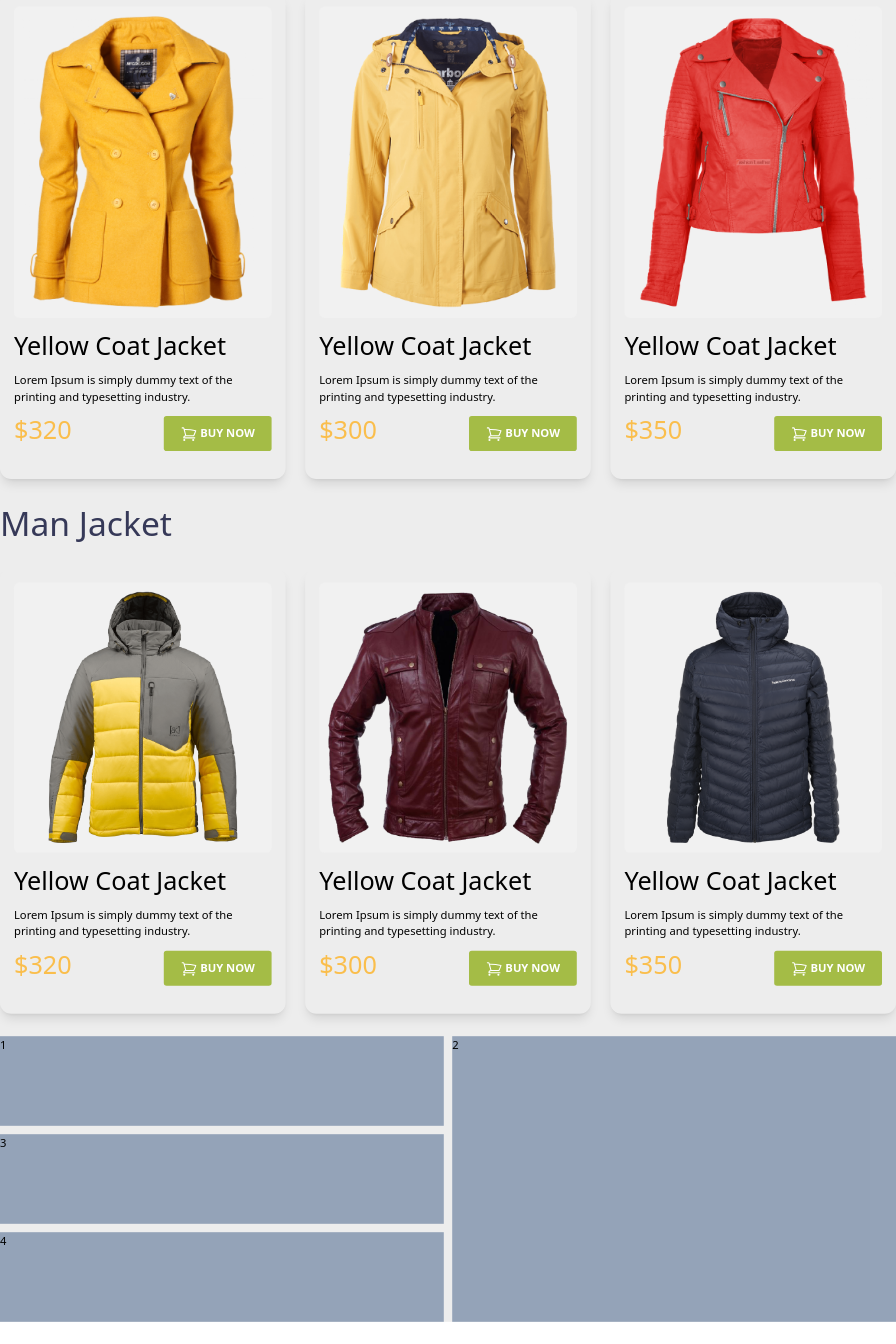
Repository: zjria/penguin-e-commerce-fashion
Page: index.html
These files come from the project's save history. The page is drawn as it stood at one moment and after the next save; the edit follows.
The browser window is 1280 px wide. The pictures show the part of the page from y = 906 to 2826 px (the page is 2826 px tall), at 70% of full size.
Some web libraries are served in a nearby version.

Above is the page before, as saved 2022-10-07 09:43:57.

### index.html
<!DOCTYPE html>
<html lang="en">

<head>
    <meta charset="UTF-8">
    <meta http-equiv="X-UA-Compatible" content="IE=edge">
    <meta name="viewport" content="width=device-width, initial-scale=1.0">
    <title>Penguin E-commerce</title>
    <!-- Google Fonts Link -->
    <link rel="preconnect" href="https://fonts.googleapis.com">
    <link rel="preconnect" href="https://fonts.gstatic.com" crossorigin>
    <link href="https://fonts.googleapis.com/css2?family=Bebas+Neue&family=Roboto:wght@100;300;400;500&display=swap"
        rel="stylesheet">

    <!-- Tailwind CSS CDN link -->
    <script src="https://cdn.tailwindcss.com"></script>
    <script>
        tailwind.config = {
            theme: {
                extend: {
                    colors: {
                        clifford: '#da373d',
                        header_bg: '#FFFBF0',
                        main_text_color: '#363958',
                        price_color: '#FABE4C',
                        card_bg: '#F1F1F1',
                        full_card_bg: '#FFFFFF',
                        main_color: '#EDEDED'
                    }
                }
            }
        }
    </script>
</head>

<body>
    <h2 class="bg-purple-300 text-center font-header_text">Do selfless favor to people</h2>


    <!-- Header Section -->
    <header class="bg-header_bg pb-32 pt-24">
        <section class="container mx-auto uppercase sm:flex items-center justify-around">
            <div class="space-y-3">
                <h1 class="text-2xl sm:text-5xl font-bold font-header_text">
                    <span class="text-yellow-400">Be the Penguins</span> <br>
                    <span class="text-slate-600">of Winter</span>
                </h1>
                <p class="font-anther_text">Lorem Ipsum is simply dummy text of the printing
                    and typesetting industry.</p>
                <button class="uppercase bg-[#A4BC46] py-3 px-6 text-white font-semibold rounded font-anther_text"> <svg
                        xmlns="http://www.w3.org/2000/svg" fill="none" viewBox="0 0 24 24" stroke-width="1.5"
                        stroke="currentColor" class="w-6 h-6 inline text-white">
                        <path stroke-linecap="round" stroke-linejoin="round"
                            d="M2.25 3h1.386c.51 0 .955.343 1.087.835l.383 1.437M7.5 14.25a3 3 0 00-3 3h15.75m-12.75-3h11.218c1.121-2.3 2.1-4.684 2.924-7.138a60.114 60.114 0 00-16.536-1.84M7.5 14.25L5.106 5.272M6 20.25a.75.75 0 11-1.5 0 .75.75 0 011.5 0zm12.75 0a.75.75 0 11-1.5 0 .75.75 0 011.5 0z" />
                    </svg>
                    Buy Now</button>
            </div>
            <div class="pt-8 sm:pt-8">
                <img class=" w-1/2 sm:w-full" src="images/model.png" alt="">
            </div>
        </section>
    </header>

    <!-- Main Section Start -->
    <main class="bg-main_color">
        <!-- Woman Jacket -->
        <section class="container mx-auto">
            <h2 class="text-5xl my-10 text-main_text_color font-header_text">Woman Jacket</h2>
            <div class="grid md:grid-cols-2 lg:grid-cols-3 gap-7">
                <div class="full_card_bg ">
                    <div class="rounded-2xl shadow-lg p-5">
                        <div class="p-3 bg-card_bg rounded-lg">
                            <img src="images/jacket-1.png" alt="">
                        </div>
                        <div class="py-3">
                            <h3 class="text-4xl py-2">Yellow Coat Jacket</h3>
                            <p class="py-2">Lorem Ipsum is simply dummy text of the
                                printing and typesetting industry.</p>
                            <div class="flex justify-between py-2">
                                <h3 class="text-4xl text-price_color">$320</h3>
                                <button
                                    class="uppercase bg-[#A4BC46] py-3 px-6 text-white font-semibold rounded font-anther_text">
                                    <svg xmlns="http://www.w3.org/2000/svg" fill="none" viewBox="0 0 24 24"
                                        stroke-width="1.5" stroke="currentColor" class="w-6 h-6 inline text-white">
                                        <path stroke-linecap="round" stroke-linejoin="round"
                                            d="M2.25 3h1.386c.51 0 .955.343 1.087.835l.383 1.437M7.5 14.25a3 3 0 00-3 3h15.75m-12.75-3h11.218c1.121-2.3 2.1-4.684 2.924-7.138a60.114 60.114 0 00-16.536-1.84M7.5 14.25L5.106 5.272M6 20.25a.75.75 0 11-1.5 0 .75.75 0 011.5 0zm12.75 0a.75.75 0 11-1.5 0 .75.75 0 011.5 0z" />
                                    </svg>
                                    Buy Now</button>
                            </div>
                        </div>
                    </div>
                </div>
                <div class="full_card_bg ">
                    <div class="rounded-2xl shadow-lg p-5">
                        <div class="p-3 bg-card_bg rounded-lg">
                            <img src="images/jacket-2.png" alt="">
                        </div>
                        <div class="py-3">
                            <h3 class="text-4xl py-2">Yellow Coat Jacket</h3>
                            <p class="py-2">Lorem Ipsum is simply dummy text of the
                                printing and typesetting industry.</p>
                            <div class="flex justify-between py-2">
                                <h3 class="text-4xl text-price_color">$300</h3>
                                <button
                                    class="uppercase bg-[#A4BC46] py-3 px-6 text-white font-semibold rounded font-anther_text">
                                    <svg xmlns="http://www.w3.org/2000/svg" fill="none" viewBox="0 0 24 24"
                                        stroke-width="1.5" stroke="currentColor" class="w-6 h-6 inline text-white">
                                        <path stroke-linecap="round" stroke-linejoin="round"
                                            d="M2.25 3h1.386c.51 0 .955.343 1.087.835l.383 1.437M7.5 14.25a3 3 0 00-3 3h15.75m-12.75-3h11.218c1.121-2.3 2.1-4.684 2.924-7.138a60.114 60.114 0 00-16.536-1.84M7.5 14.25L5.106 5.272M6 20.25a.75.75 0 11-1.5 0 .75.75 0 011.5 0zm12.75 0a.75.75 0 11-1.5 0 .75.75 0 011.5 0z" />
                                    </svg>
                                    Buy Now</button>
                            </div>
                        </div>
                    </div>
                </div>
                <div class="full_card_bg ">
                    <div class="rounded-2xl shadow-lg p-5">
                        <div class="p-3 bg-card_bg rounded-lg">
                            <img src="images/jacket-3.png" alt="">
                        </div>
                        <div class="py-3">
                            <h3 class="text-4xl py-2">Yellow Coat Jacket</h3>
                            <p class="py-2">Lorem Ipsum is simply dummy text of the
                                printing and typesetting industry.</p>
                            <div class="flex justify-between py-2">
                                <h3 class="text-4xl text-price_color">$350</h3>
                                <button
                                    class="uppercase bg-[#A4BC46] py-3 px-6 text-white font-semibold rounded font-anther_text">
                                    <svg xmlns="http://www.w3.org/2000/svg" fill="none" viewBox="0 0 24 24"
                                        stroke-width="1.5" stroke="currentColor" class="w-6 h-6 inline text-white">
                                        <path stroke-linecap="round" stroke-linejoin="round"
                                            d="M2.25 3h1.386c.51 0 .955.343 1.087.835l.383 1.437M7.5 14.25a3 3 0 00-3 3h15.75m-12.75-3h11.218c1.121-2.3 2.1-4.684 2.924-7.138a60.114 60.114 0 00-16.536-1.84M7.5 14.25L5.106 5.272M6 20.25a.75.75 0 11-1.5 0 .75.75 0 011.5 0zm12.75 0a.75.75 0 11-1.5 0 .75.75 0 011.5 0z" />
                                    </svg>
                                    Buy Now</button>
                            </div>
                        </div>
                    </div>
                </div>


            </div>

        </section>

        <!-- Man Jacket -->
        <section class="container mx-auto">
            <h2 class="text-5xl my-10 text-main_text_color font-header_text">Man Jacket</h2>
            <div class="grid md:grid-cols-2 lg:grid-cols-3 gap-7">
                <div class="full_card_bg ">
                    <div class="rounded-2xl shadow-lg p-5">
                        <div class="p-3 bg-card_bg rounded-lg">
                            <img src="images/jacket-4.png" alt="">
                        </div>
                        <div class="py-3">
                            <h3 class="text-4xl py-2">Yellow Coat Jacket</h3>
                            <p class="py-2">Lorem Ipsum is simply dummy text of the
                                printing and typesetting industry.</p>
                            <div class="flex justify-between py-2">
                                <h3 class="text-4xl text-price_color">$320</h3>
                                <button
                                    class="uppercase bg-[#A4BC46] py-3 px-6 text-white font-semibold rounded font-anther_text">
                                    <svg xmlns="http://www.w3.org/2000/svg" fill="none" viewBox="0 0 24 24"
                                        stroke-width="1.5" stroke="currentColor" class="w-6 h-6 inline text-white">
                                        <path stroke-linecap="round" stroke-linejoin="round"
                                            d="M2.25 3h1.386c.51 0 .955.343 1.087.835l.383 1.437M7.5 14.25a3 3 0 00-3 3h15.75m-12.75-3h11.218c1.121-2.3 2.1-4.684 2.924-7.138a60.114 60.114 0 00-16.536-1.84M7.5 14.25L5.106 5.272M6 20.25a.75.75 0 11-1.5 0 .75.75 0 011.5 0zm12.75 0a.75.75 0 11-1.5 0 .75.75 0 011.5 0z" />
                                    </svg>
                                    Buy Now</button>
                            </div>
                        </div>
                    </div>
                </div>
                <div class="full_card_bg ">
                    <div class="rounded-2xl shadow-lg p-5">
                        <div class="p-3 bg-card_bg rounded-lg">
                            <img src="images/jacket-5.png" alt="">
                        </div>
                        <div class="py-3">
                            <h3 class="text-4xl py-2">Yellow Coat Jacket</h3>
                            <p class="py-2">Lorem Ipsum is simply dummy text of the
                                printing and typesetting industry.</p>
                            <div class="flex justify-between py-2">
                                <h3 class="text-4xl text-price_color">$300</h3>
                                <button
                                    class="uppercase bg-[#A4BC46] py-3 px-6 text-white font-semibold rounded font-anther_text">
                                    <svg xmlns="http://www.w3.org/2000/svg" fill="none" viewBox="0 0 24 24"
                                        stroke-width="1.5" stroke="currentColor" class="w-6 h-6 inline text-white">
                                        <path stroke-linecap="round" stroke-linejoin="round"
                                            d="M2.25 3h1.386c.51 0 .955.343 1.087.835l.383 1.437M7.5 14.25a3 3 0 00-3 3h15.75m-12.75-3h11.218c1.121-2.3 2.1-4.684 2.924-7.138a60.114 60.114 0 00-16.536-1.84M7.5 14.25L5.106 5.272M6 20.25a.75.75 0 11-1.5 0 .75.75 0 011.5 0zm12.75 0a.75.75 0 11-1.5 0 .75.75 0 011.5 0z" />
                                    </svg>
                                    Buy Now</button>
                            </div>
                        </div>
                    </div>
                </div>
                <div class="full_card_bg ">
                    <div class="rounded-2xl shadow-lg p-5">
                        <div class="p-3 bg-card_bg rounded-lg">
                            <img src="images/jacket-6.png" alt="">
                        </div>
                        <div class="py-3">
                            <h3 class="text-4xl py-2">Yellow Coat Jacket</h3>
                            <p class="py-2">Lorem Ipsum is simply dummy text of the
                                printing and typesetting industry.</p>
                            <div class="flex justify-between py-2">
                                <h3 class="text-4xl text-price_color">$350</h3>
                                <button
                                    class="uppercase bg-[#A4BC46] py-3 px-6 text-white font-semibold rounded font-anther_text">
                                    <svg xmlns="http://www.w3.org/2000/svg" fill="none" viewBox="0 0 24 24"
                                        stroke-width="1.5" stroke="currentColor" class="w-6 h-6 inline text-white">
                                        <path stroke-linecap="round" stroke-linejoin="round"
                                            d="M2.25 3h1.386c.51 0 .955.343 1.087.835l.383 1.437M7.5 14.25a3 3 0 00-3 3h15.75m-12.75-3h11.218c1.121-2.3 2.1-4.684 2.924-7.138a60.114 60.114 0 00-16.536-1.84M7.5 14.25L5.106 5.272M6 20.25a.75.75 0 11-1.5 0 .75.75 0 011.5 0zm12.75 0a.75.75 0 11-1.5 0 .75.75 0 011.5 0z" />
                                    </svg>
                                    Buy Now</button>
                            </div>
                        </div>
                    </div>
                </div>
            </div>
        </section>
        <!-- ‍Shopping Section Start -->
        <section class="container mx-auto my-8">
            <div class="grid grid-cols-2 gap-3">
                <div class="h-32 bg-slate-400">1</div>
                <div class="row-span-3 bg-slate-400">2</div>
                <div class="h-32 bg-slate-400">3</div>
                <div class="h-32 bg-slate-400">4</div>
            </div>
        </section>
    </main>

</body>

</html>

After the next save:
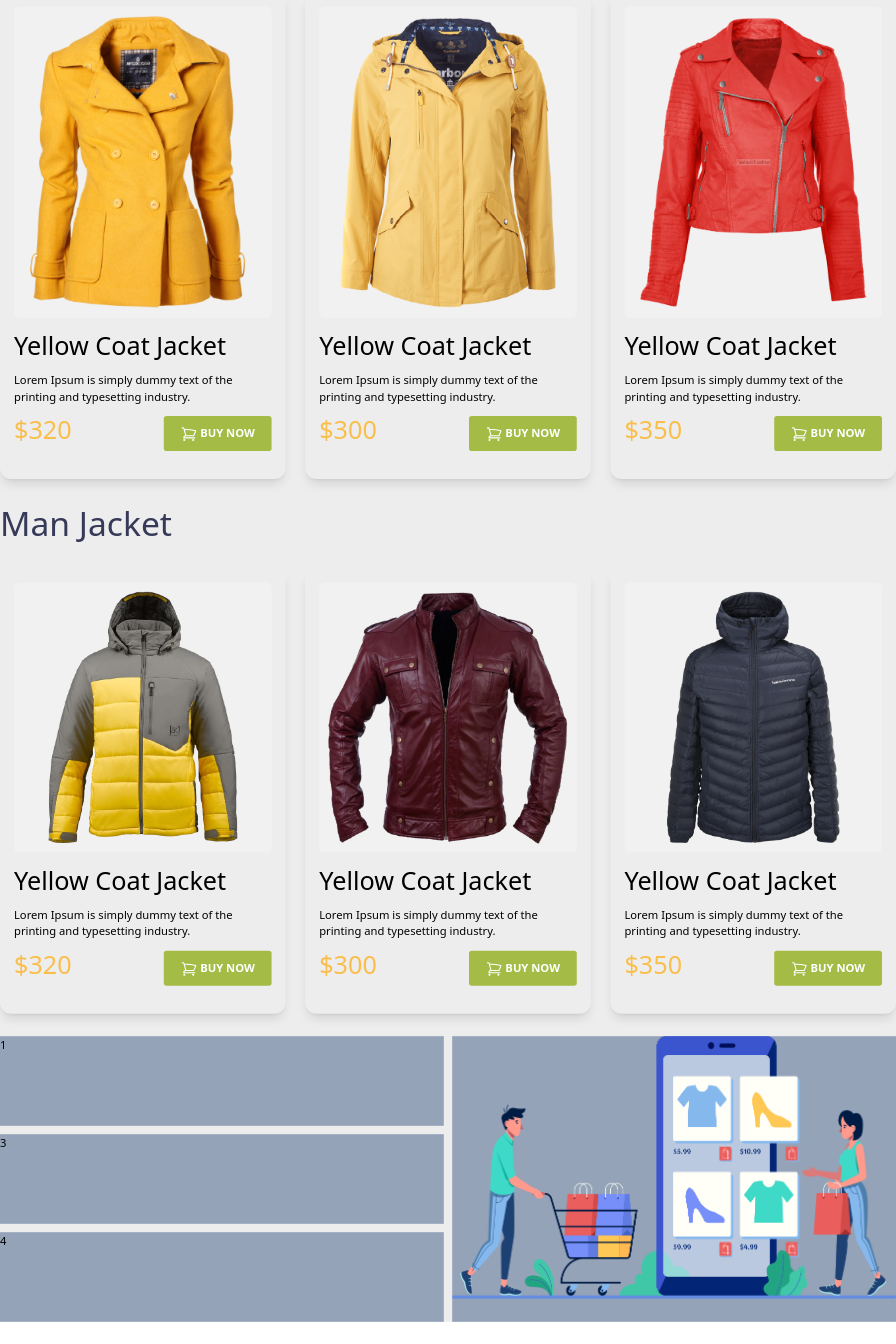
Saved 25 s later.
--- a/index.html
+++ b/index.html
@@ -221,7 +221,9 @@
         <section class="container mx-auto my-8">
             <div class="grid grid-cols-2 gap-3">
                 <div class="h-32 bg-slate-400">1</div>
-                <div class="row-span-3 bg-slate-400">2</div>
+                <div class="row-span-3 bg-slate-400">
+                    <img src="images/shopping.png" alt="">
+                </div>
                 <div class="h-32 bg-slate-400">3</div>
                 <div class="h-32 bg-slate-400">4</div>
             </div>
